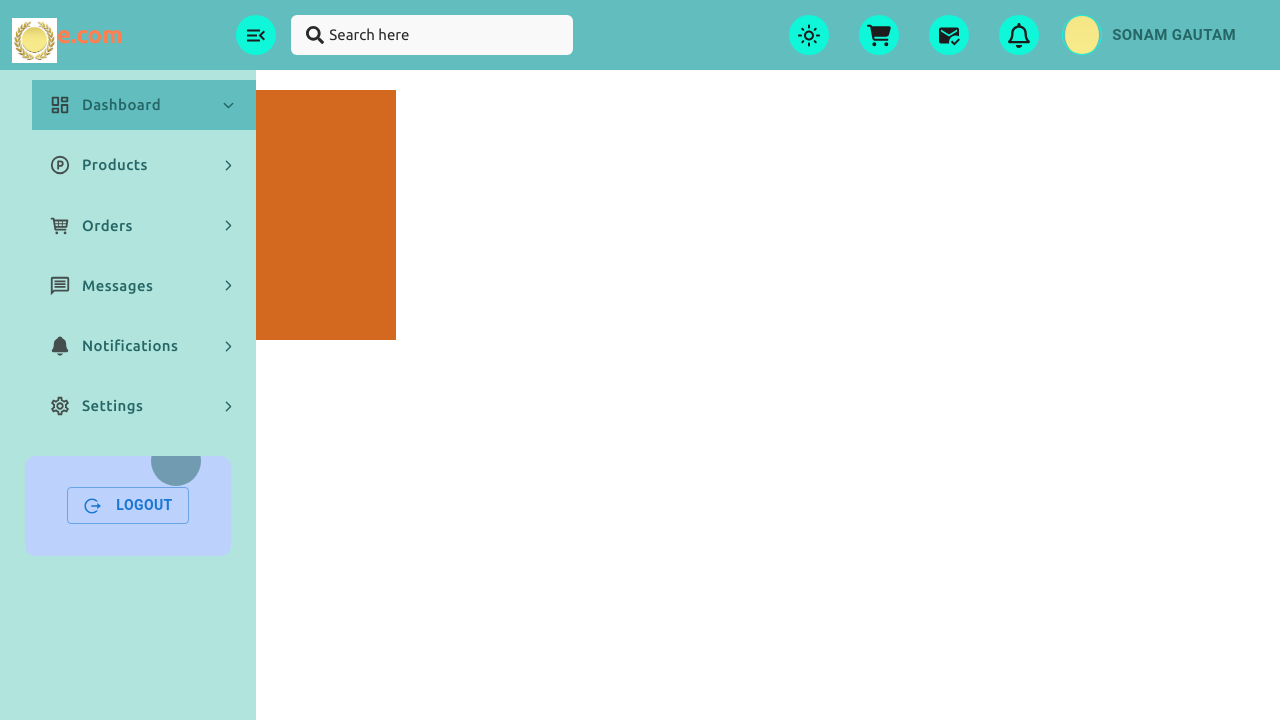
Repository: gautamsonam011/admin-react-dashboard
Page: /
An editor plug-in stored every save of this project. The page is shown before and after the next save, followed by the edit.
The browser window is 1280 px wide. The pictures show the whole page.
The project was rebuilt for these pictures with package versions that can differ from the ones it lists, and the page was loaded fresh each time.

Above is the page before, as saved 2025-04-16 11:14:32.

After the next save:
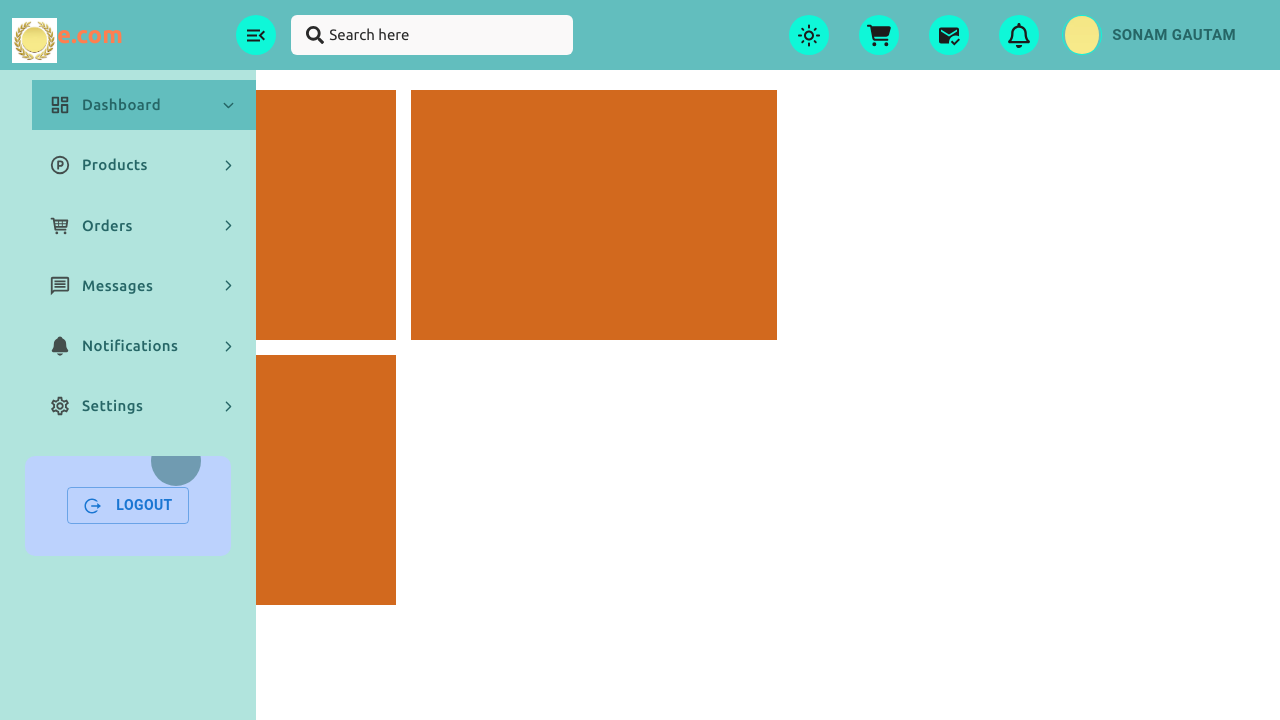
Saved 2 min 50 s later.
--- a/src/pages/Dashboard/Dashboard.jsx
+++ b/src/pages/Dashboard/Dashboard.jsx
@@ -4,6 +4,8 @@ const Dashboard = () =>{
             <div>
                 <div className="col-md-8">
                 <div className="dashboardBoxWrapper d-flex">
+                <div className="dashboardBox"></div>
+                <div className="dashboardBox"></div>
                 <div className="dashboardBox"></div>
                 </div>
                 </div>
